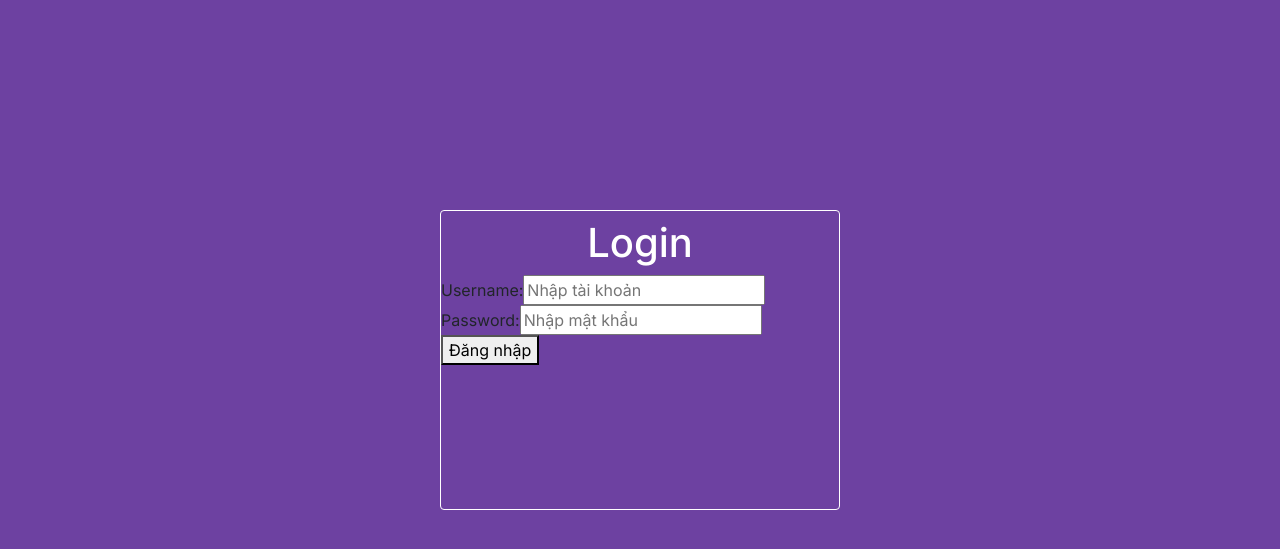
Repository: nghiakma/RFID-RFID-Attendance-System-using-ESP32-Nodejs-Reactjs-Nextjs-
Page: / (app in attendance/)
The author's editor kept a copy of each file at every save. The page is drawn from the files as they stood at one save, then again after the next save.
The browser window is 1280 px wide. The pictures show the whole page.
The page's requests for data from a server got no answer. The project was rebuilt for these pictures with package versions that can differ from the ones it lists, and the page was loaded fresh each time. The framework's server and built-in components were replaced by stand-ins that run in the browser. No one was signed in, and anything a server would have sent is missing. Also part of the build but not shown: attendance/next.config.js, attendance/src/styles/home-page.module.css, attendance/src/styles/tab-home.module.css, attendance/src/pages/api/convert-time.js, attendance/src/pages/api/networking.js, attendance/src/pages/tab-home.js, attendance/src/styles/tab-history.module.css, attendance/src/pages/tab-history.js and 6 more.

Above is the page before, as saved 2023-12-21 14:55:35.

### attendance/src/pages/index.js
import {useEffect, useState} from 'react';
import { Inter } from 'next/font/google';
import 'bootstrap/dist/css/bootstrap.min.css';
import HomePage from './home-page.js';
import Login from './login-page.js'
import { BrowserRouter as Router,Routes, Route } from 'react-router-dom'
const inter = Inter({ subsets: ['latin'] })

export default function Home() {
  const [loginSuccess, setLoginSucsess] = useState(false);
  const handleLogin = (isSuccess) => {
    setLoginSucsess(isSuccess);
  }
  useEffect(() => {
    import('bootstrap/dist/js/bootstrap.min.js');
  }, []);
  return (
    <main className={inter.className}>
      {/* <Router>
        <Routes>
          <Route path='/home' element={<HomePage />}/>
          <Route path='/login' element={<Login />}/>
        </Routes>
      </Router> */}
      {
        loginSuccess ? <HomePage/> : <Login/>
      }
    </main>
  )
}

### attendance/src/pages/login-page.js
import React from "react";
import styles from '../styles/login-page.module.css'
import { FontAwesomeIcon } from '@fortawesome/react-fontawesome'
const Login = () => {

    return (
        <div
            style={{
                backgroundColor: '#6d41a1', height: '100vh'
            }}
        >
            <div style={{
                width: '100%', height: '100%',
                display: 'flex', alignItems: 'center', justifyContent: 'center'
            }}>
                <div style={{
                    width: '400px', height: '300px', border: '1px solid white',
                    padđing: '8px 14px', borderRadius: '4px', boxSizing: 'border-box'
                }}>
                    <h1
                        style={{
                            textAlign: 'center', margin: '8px 0', color: 'white'
                        }}
                    >Login</h1>
                    <div className="login-handle">
                        <div className="login-form">
                            <label>Username: </label>
                            <input type="email" className="form-input" placeholder="Nhập tài khoản"/>
                        </div>
                        <div className="login-form">
                            <label>Password: </label>
                            <input type="password" className="form-input" placeholder="Nhập mật khẩu"/>
                        </div>
                        <div className="login-button">
                            <button className="login-btn">Đăng nhập</button>
                        </div>
                    </div>
                </div>
            </div>
        </div>
    )
}

export default Login

After the next save:
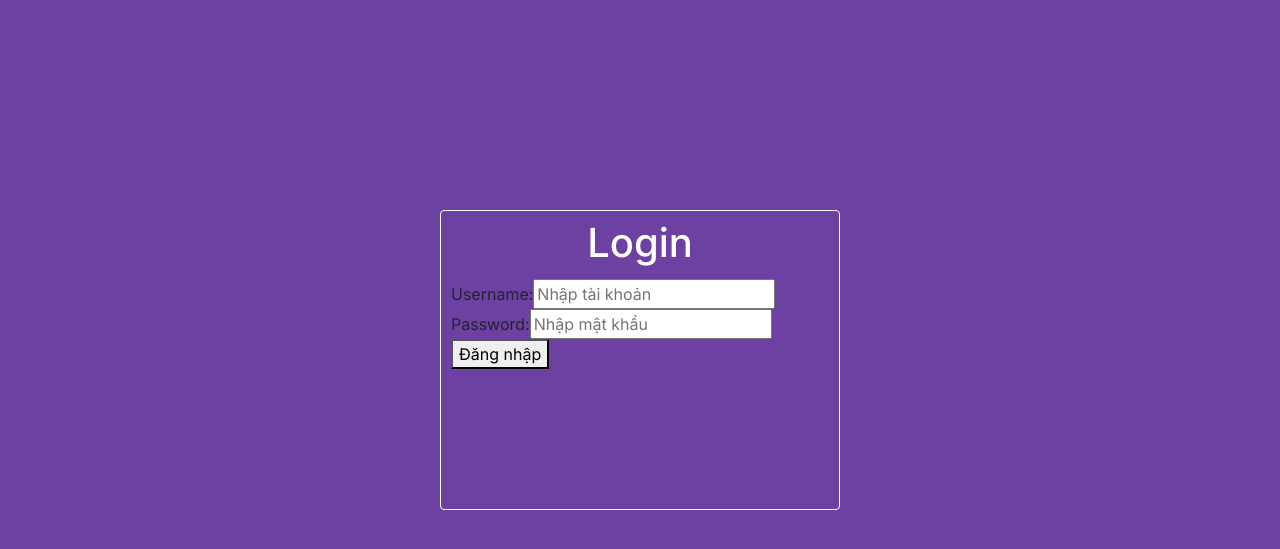
Saved 31 s later.
--- a/attendance/src/pages/login-page.js
+++ b/attendance/src/pages/login-page.js
@@ -22,7 +22,9 @@ const Login = () => {
                             textAlign: 'center', margin: '8px 0', color: 'white'
                         }}
                     >Login</h1>
-                    <div className="login-handle">
+                    <div style={{
+                        padding: '4px 10px'
+                    }}>
                         <div className="login-form">
                             <label>Username: </label>
                             <input type="email" className="form-input" placeholder="Nhập tài khoản"/>
